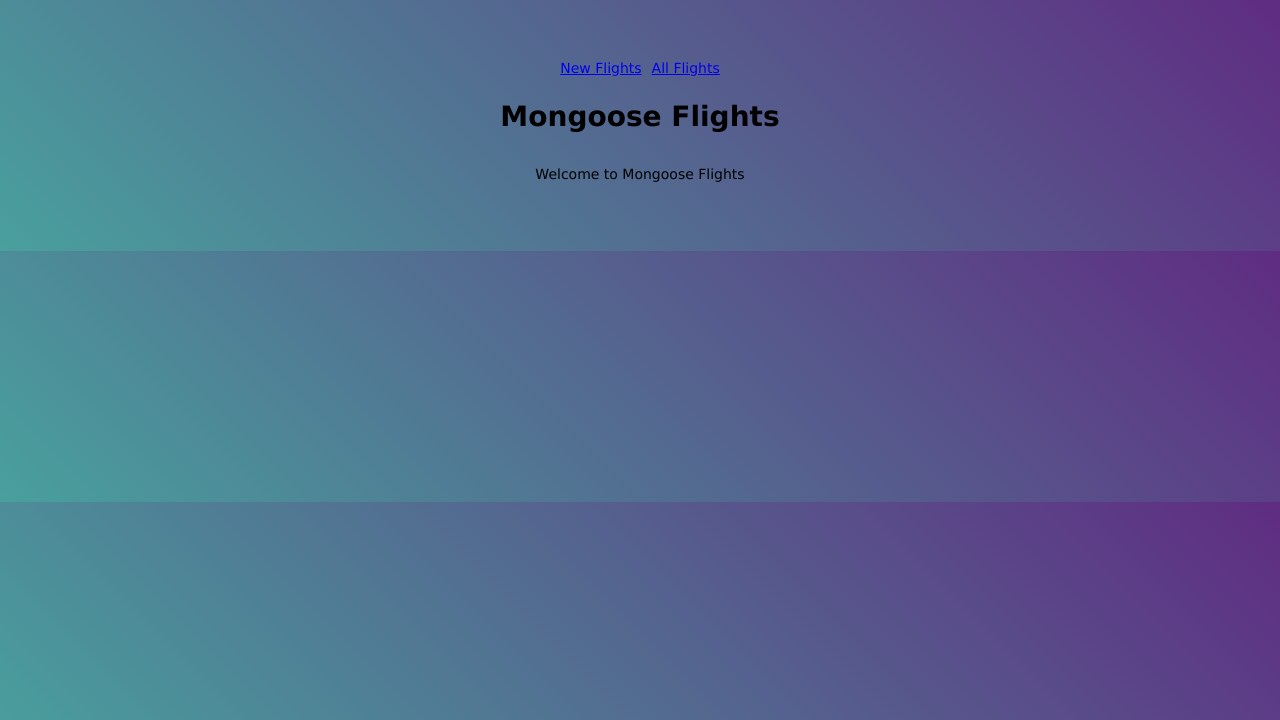
Repository: jmendoza13/mongoose-flights
Page: http://localhost/
An editor plug-in stored every save of this project. The page is shown before and after the next save, followed by the edit.
The browser window is 1280 px wide. The pictures show the whole page.
The page is served by the project's Node server (server.js).

Above is the page before, as saved 2022-07-22 12:22:22.

After the next save:
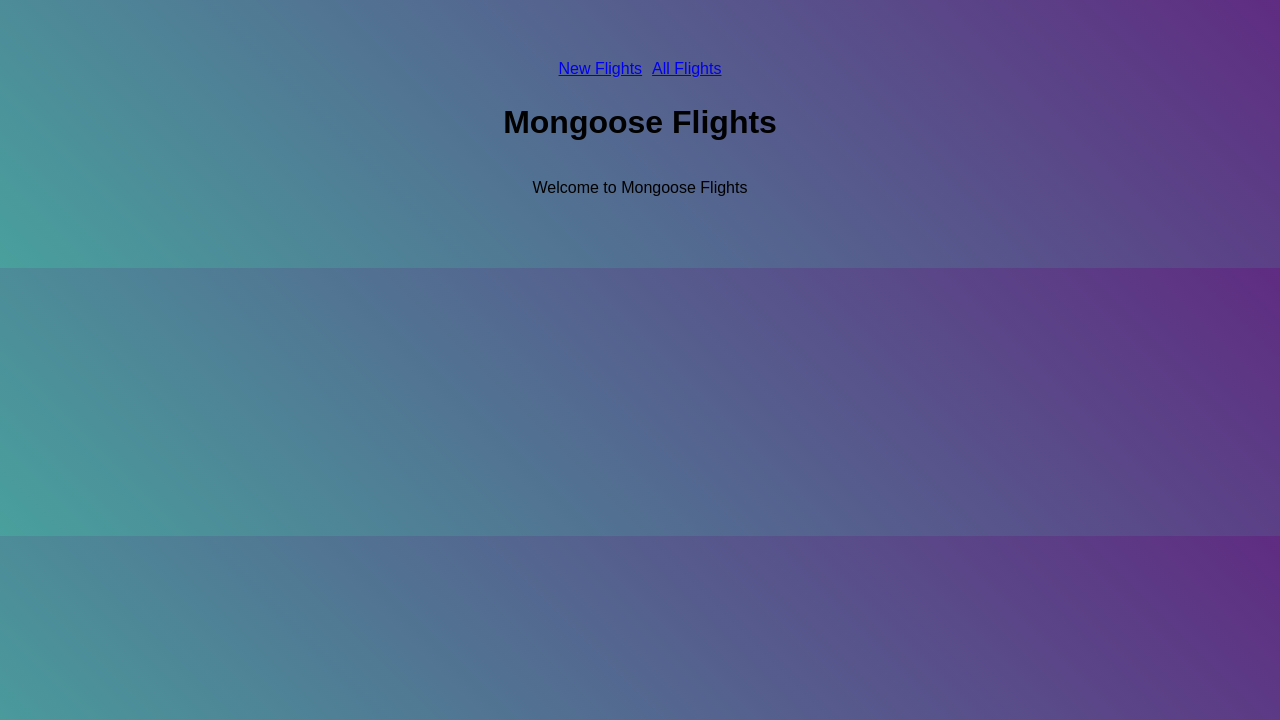
Saved 40 s later.
--- a/public/stylesheets/style.css
+++ b/public/stylesheets/style.css
@@ -1,7 +1,6 @@
 body {
   padding: 50px;
-  font: 14px "Lucida Grande", Helvetica, Arial, sans-serif;
-  display: grid;
+  font-family: sans-serif;  display: grid;
   justify-content: center;
   background: linear-gradient(45deg, #49a09d, #5f2c82);
   text-align: center;
